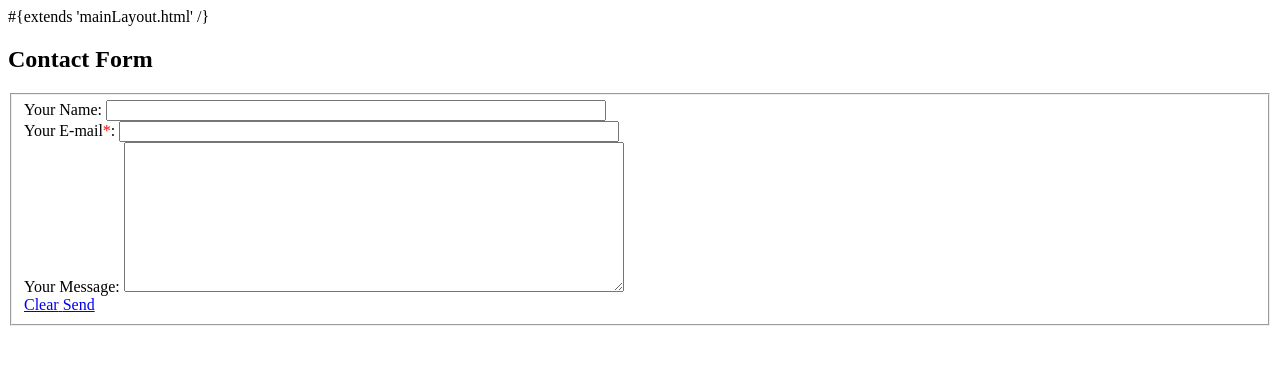
Repository: Maalejm/SEBA
Page: SlifeWebSite/app/views/Application/contactus.html
The author's editor kept a copy of each file at every save. The page is drawn from the files as they stood at one save, then again after the next save.
The browser window is 1280 px wide. The pictures show the whole page.

Above is the page before, as saved 2013-07-09 21:55:36.

### SlifeWebSite/app/views/Application/contactus.html
#{extends 'mainLayout.html' /}
<script type="text/javascript">
function validate()
{

 var name = document.myForm.Name;
var email = document.myForm.email;

if(name_validation(name))
{
if(ValidateEmail(email))
{
}
}
return false;
}

function name_validation(name){

   if( document.myForm.Name.value == "" )
   {
     alert( "Please provide your name!" );
     document.myForm.Name.focus() ;
     return false;
   }
   return true;
 }

function ValidateEmail(email)
{
var mailformat = /^\w+([\.-]?\w+)*@\w+([\.-]?\w+)*(\.\w{2,3})+$/;
if(email.value.match(mailformat))
{
return true;
}
else
{
alert("You have entered an invalid email address!");
email.focus();
return false;
}
}

</script>

<article class="col-2" style="min-height: 500px;">
              <h2>Contact Form</h2>
              <form id="contacts-form" name="myForm" action="#"  onsubmit="return(validate());" >
                <fieldset>
                  <div class="field text">
                    <label>Your Name:</label>
                    <input type="text" style="width: 500px;" name="Name">
                  </div>
                  <div class="field text">
                    <label>Your E-mail<ss style="color:#FF0000;">*</ss>:</label>
                    <input type="text" style="width: 500px;" name="email">
                  </div>
                  <div class="field">
                    <label>Your Message:</label>
                    <textarea style="width: 500px;
height: 150px;"></textarea>
                  </div>
                 <div class="alignright"><a href="#" class="btn btn-primary" onClick="document.getElementById('contacts-form').reset()"><span>
                 <span>Clear</span></span>
                 </a><a href="#" class="btn btn-primary"  onclick="validate()"><span><span>Send</span></span></a></div>
                </fieldset>
              </form>
            </article>

After the next save:
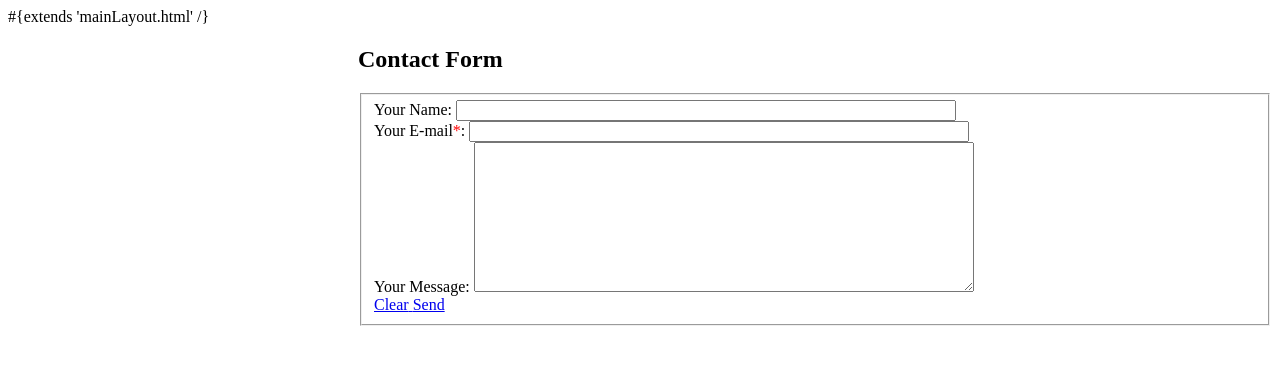
Saved 93 s later.
--- a/SlifeWebSite/app/views/Application/contactus.html
+++ b/SlifeWebSite/app/views/Application/contactus.html
@@ -43,7 +43,7 @@ return false;
 
 </script>
 
-<article class="col-2" style="min-height: 500px;">
+<article class="col-2" style="margin-left: 350px;">
               <h2>Contact Form</h2>
               <form id="contacts-form" name="myForm" action="#"  onsubmit="return(validate());" >
                 <fieldset>
